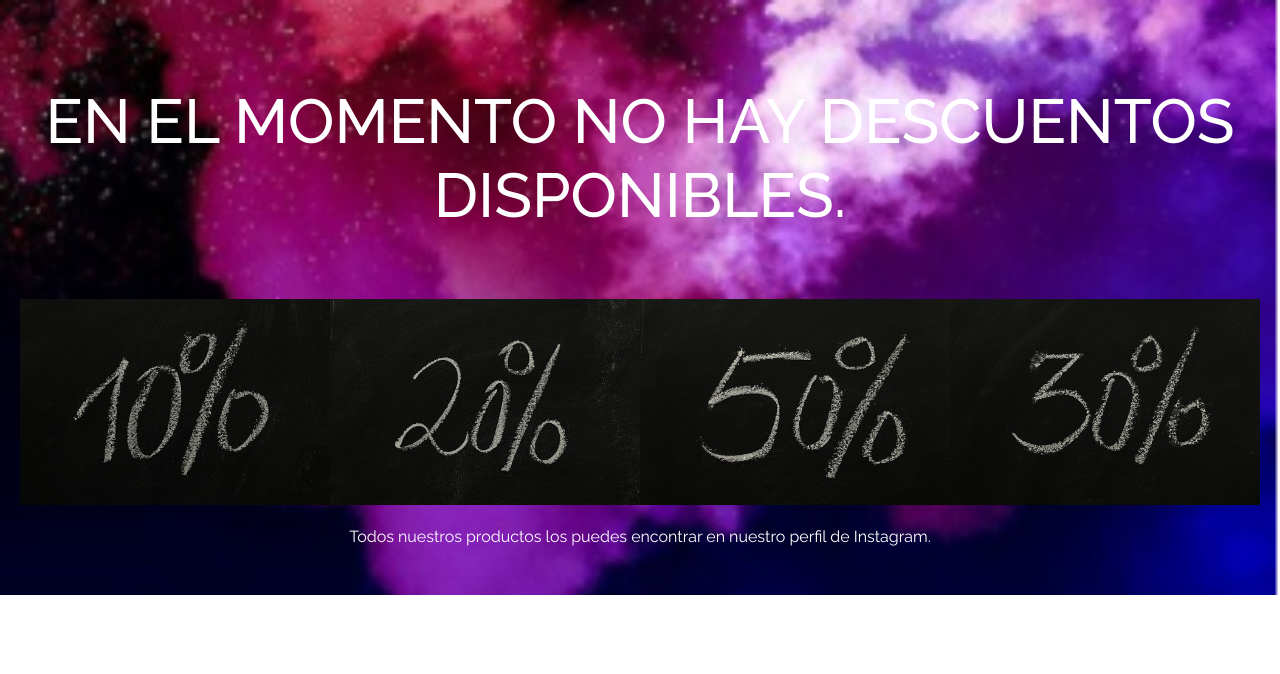
Repository: MrOverfl0w/CreacionesYura
Page: public/html/promos.html
The author's editor kept a record of every edit. The page is drawn from the files as they stood at one moment, then again after the next edit.
The browser window is 1280 px wide. The pictures show the whole page.

Above is the page before.
Console error: TypeError: $(...).superfish is not a function

### public/html/promos.html
<!DOCTYPE html>
<html lang="en">

<head>
  <meta charset="utf-8">
  <title>Productos - Creaciones Yura</title>
  <meta content="width=device-width, initial-scale=1.0" name="viewport">
  <meta content="" name="keywords">
  <meta content="" name="description">

  <!-- Favicon -->
  <link href="img/favicon.ico" rel="icon">

  <!-- Google Fonts -->
  <link href="https://fonts.googleapis.com/css?family=Raleway:400,500,700|Roboto:400,900" rel="stylesheet">

  <!-- Bootstrap CSS File -->
  <link href="lib/bootstrap/css/bootstrap.min.css" rel="stylesheet">

  <!-- Libraries CSS Files -->
  <link href="lib/font-awesome/css/font-awesome.min.css" rel="stylesheet">

  <!-- Main Stylesheet File -->
  <link href="css/style.css" rel="stylesheet">

  <!-- Main Stylesheet File -->
  <link href="css/portfolio.css" rel="stylesheet">

  <!-- =======================================================
    Theme Name: Bell
    Theme URL: https://bootstrapmade.com/bell-free-bootstrap-4-template/
    Author: BootstrapMade.com
    Author URL: https://bootstrapmade.com
  ======================================================= -->
</head>

<body>
  <!-- Page Content
    ================================================== -->

   <!-- Parallax -->

  <div class="block bg-primary block-pd-lg block-bg-overlay text-center">
    <h1>
       En el momento no hay descuentos disponibles.
      </h1>

    <p>

    </p>

    <div class="portfolio-grid">
      <div class="row">
        <div class="col-lg-3 col-sm-6 col-xs-12">
          <div class="card card-block">
            <a href="contact.php"><img alt="" src="img/d/d1.jpg" border ="10">
              </a>
          </div>
        </div>

        <div class="col-lg-3 col-sm-6 col-xs-12">
          <div class="card card-block">
            <a href="#"><img alt="" src="img/d/d2.jpg">
              </a>
          </div>
        </div>

        <div class="col-lg-3 col-sm-6 col-xs-12">
          <div class="card card-block">
            <a href="#"><img alt="" src="img/d/d3.jpg">
              </a>
          </div>
        </div>

        <div class="col-lg-3 col-sm-6 col-xs-12">
          <div class="card card-block">
            <a href="#"><img alt="" src="img/d/d4.jpg">
              </a>
          </div>
        </div>
      </div>

    <div class="container text-center">
      <p>
       Todos nuestros productos los puedes encontrar en nuestro perfil de Instagram.
      </p>
    </div>
  </div>


  <!-- /Parallax -->

  <!-- Required JavaScript Libraries -->
  <script src="lib/jquery/jquery.min.js"></script>
  <script src="lib/jquery/jquery-migrate.min.js"></script>
  <script src="lib/bootstrap/js/bootstrap.bundle.min.js"></script>

  <!-- Template Specisifc Custom Javascript File -->
  <script src="js/custom.js"></script>

</body>
</html>

### public/css/style.css
/*
    Theme Name: Bell
    Theme URL: https://bootstrapmade.com/bell-free-bootstrap-4-template/
    Author: BootstrapMade.com
    Author URL: https://bootstrapmade.com
*/

h1,
h2,
h3,
h4,
h5,
h6 {
  font-family: "Raleway", Helvetica, Arial, sans-serif;
}

p {
  line-height: 1.55;
  color: #333;
  font-size: 400;
  font-family: "Raleway", Helvetica, Arial, sans-serif;
}

h1 {
  font-size: 62px;
}

h2 {
  font-size: 30px;
  margin-bottom: 65px;
}

h3 {
  font-size: 24px;
}

h4 {
  font-size: 18px;
}

/* ==================================================
  General
  ================================================== */

a {
  transition: 0.5s;
}

/* ==================================================
  Elements
  ================================================== */

.btn {
  background-color: #199EB8;
  font-family: "Roboto", Helvetica, Arial, sans-serif;
  font-weight: 800;
  color: #fff;
  padding: 15px 45px;
  border-radius: 50px;
}

.btn:hover {
  background-color: #E04F00;
  color: #fff;
}

.btn:focus {
  color: #fff;
}

.btn-ghost {
  border: 3px solid #fff;
  background-color: transparent;
}

.btn-ghost:hover {
  background-color: #fff;
  color: #199EB8;
}

section {
  padding: 85px 0;
}

.card {
  position: relative;
  padding: 0;
  border: 0;
  border-radius: 0;
  margin: 0;
  overflow: hidden;
}

a:hover {
  text-decoration: none !important;
}

.scrolltop {
  display: none;
  position: fixed;
  bottom: 15px;
  right: 15px;
  width: 42px;
  height: 42px;
  border-radius: 50%;
  background: #199EB8;
  color: #fff;
  text-align: center;
  font-size: 24px;
}

.scrolltop:hover,
.scrolltop:active,
.scrolltop:focus {
  color: #fff !important;
  opacity: .75;
}


/* ==================================================
  Header Styling
================================================== */

#header {
  z-index: 100;
  background: #0d4d68;
  height: 10vh;
  width: 100%;
  position: fixed;
  bottom: 0px;
}

#header #logoYura {
  margin: 14px 25px 0 0;
}

#header #logoYura h1 {
  font-size: 36px;
  margin: 0;
  padding: 2px 0;
  line-height: 1;
  font-family: "Raleway", Helvetica, Arial, sans-serif;
  font-weight: 700;
  letter-spacing: 3px;
  text-transform: uppercase;
}

#header #logoYura h1 a,
#header #logoYura h1 a:hover {
  color: #fff;
}

#header #logoYura img {
  padding: 0;
  margin: 0;
  max-height: 40px;
}

#header .social-nav {
  margin-top: 15px;
}

#header .social-nav a {
  font-size: 24px;
  margin-left: 15px;
  color: #fff;
}

#header .social-nav a:hover {
  color: rgba(255, 255, 255, 0.75);
}

/*--------------------------------------------------------------
# Navigation Menu
--------------------------------------------------------------*/

/* Nav Menu Essentials */

.nav-menu,
.nav-menu * {
  margin: 0;
  padding: 0;
  list-style: none;
}

.nav-menu ul {
  position: absolute;
  display: none;
  top: 100%;
  left: 0;
  z-index: 99;
}

.nav-menu li {
  position: relative;
  white-space: nowrap;
}

.nav-menu > li {
  float: left;
}

.nav-menu li:hover > ul,
.nav-menu li.sfHover > ul {
  display: block;
}

.nav-menu ul ul {
  top: 0;
  left: 100%;
}

.nav-menu ul li {
  min-width: 180px;
}

/* Nav Menu Arrows */

.sf-arrows .sf-with-ul {
  padding-right: 30px;
}

.sf-arrows .sf-with-ul:after {
  content: "\f107";
  position: absolute;
  right: 15px;
  font-family: FontAwesome;
  font-style: normal;
  font-weight: normal;
}

.sf-arrows ul .sf-with-ul:after {
  content: "\f105";
}

/* Nav Meu Container */

#nav-menu-container {
  margin: 0;
}

/* Nav Meu Styling */

.nav-menu a {
  padding: 22px 15px 18px 15px;
  text-decoration: none;
  display: inline-block;
  color: #fff;
  font-family: "Roboto", Helvetica, Arial, sans-serif;
  font-weight: 300;
  font-size: 15px;
  outline: none;
}

.nav-menu a:hover,
.nav-menu li:hover > a,
.nav-menu .menu-active > a {
  color: rgba(255, 255, 255, 0.75);
}

.nav-menu ul {
  margin: 4px 0 0 15px;
  box-shadow: 0px 0px 1px 1px rgba(0, 0, 0, 0.08);
}

.nav-menu ul li {
  background: #fff;
  border-top: 1px solid #f4f4f4;
}

.nav-menu ul li:first-child {
  border-top: 0;
}

.nav-menu ul li:hover {
  background: #199EB8;
  transition: 0.3s;
}

.nav-menu ul li a {
  color: #333;
  transition: none;
  padding: 10px 15px;
}

.nav-menu ul li a:hover {
  color: #fff;
}

.nav-menu ul ul {
  margin: 0;
}

/* Mobile Nav Toggle */

#mobile-nav-toggle {
  position: fixed;
  right: 0;
  top: 0;
  z-index: 999;
  margin: 8px 10px 0 0;
  border: 0;
  background: none;
  font-size: 24px;
  display: none;
  transition: all 0.4s;
  outline: none;
  cursor: pointer;
}

#mobile-nav-toggle i {
  color: #fff;
}

/* Mobile Nav Styling */

#mobile-nav {
  position: fixed;
  top: 0;
  padding-top: 18px;
  bottom: 0;
  z-index: 998;
  background: rgba(0, 0, 0, 0.9);
  left: -260px;
  width: 260px;
  overflow-y: auto;
  transition: 0.4s;
}

#mobile-nav ul {
  padding: 0;
  margin: 0;
  list-style: none;
}

#mobile-nav ul li {
  position: relative;
}

#mobile-nav ul li a {
  color: #fff;
  font-size: 16px;
  overflow: hidden;
  padding: 10px 22px 10px 15px;
  position: relative;
  text-decoration: none;
  width: 100%;
  display: block;
  outline: none;
}

#mobile-nav ul li a:hover {
  color: #fff;
}

#mobile-nav ul li li {
  padding-left: 30px;
}

#mobile-nav ul .menu-has-children i {
  position: absolute;
  right: 0;
  z-index: 99;
  padding: 15px;
  cursor: pointer;
  color: #fff;
}

#mobile-nav ul .menu-has-children i.fa-chevron-up {
  color: #199EB8;
}

#mobile-nav ul .menu-item-active {
  color: #199EB8;
}

#mobile-body-overly {
  width: 100%;
  height: 100%;
  z-index: 997;
  top: 0;
  left: 0;
  position: fixed;
  background: rgba(0, 0, 0, 0.6);
  display: none;
}

/* Mobile Nav body classes */

body.mobile-nav-active {
  overflow: hidden;
}

body.mobile-nav-active #mobile-nav {
  left: 0;
}

body.mobile-nav-active #mobile-nav-toggle {
  color: #fff;
}

/* ==================================================
  Stats Styling
================================================== */

.stats-row {
  margin-top: 65px;
}

.stats-col .circle {
  display: inline-block;
  width: 160px;
  height: 160px;
  font-family: "Raleway", Helvetica, Arial, sans-serif;
  font-weight: 500;
  color: #666;
  border: 6px solid #199EB8;
  border-radius: 50%;
  padding: 55px 25px 0 25px;
  position: relative;
}

.stats-col .circle .stats-no {
  color: #fff;
  width: 70px;
  height: 70px;
  line-height: 70px;
  top: -25px;
  right: -15px;
  font-family: "Raleway", Helvetica, Arial, sans-serif;
  font-size: 18px;
  background-color: #E04F00;
  position: absolute;
  border-radius: 50%;
  font-weight: 700;
}

/* ==================================================
  Parallax Styling
  ================================================== */

.block {
  background-image: url(../img/Capture.PNG);
  background-size: 100%;
  height: 100%;
  overflow: hidden;
  padding-top: 85px;
}

.block h1 {
  text-transform: uppercase;
  margin-bottom: 15px;
  color: #fff;
}

.block h2 {
  text-transform: uppercase;
  margin-bottom: 15px;
  color: #fff;
}

.block p {
  color: #fff;
  margin-bottom: 45px;
}

/* ==================================================
  Features Styling
  ================================================== */

.features {
  padding-bottom: 45px;
}

.features h2 {
  color: #199EB8;
}

.feature-col {
  display: table;
  padding-bottom: 45px;
}

.feature-col > div > div {
  display: table-cell;
  vertical-align: middle;
}

.feature-col > div > div:last-child {
  padding-left: 20px;
}

.feature-col .feature-icon {
  width: 70px;
  height: 70px;
  margin-bottom: 15px;
  background: #199EB8;
  color: #fff;
  font-size: 24px;
  text-align: center;
  line-height: 70px;
  border-radius: 50%;
  display: inline-block;
}

.feature-col h3 {
  color: #199EB8;
}

.feature-col p {
  font-family: "Roboto", Helvetica, Arial, sans-serif;
  font-size: 14px;
  color: #999;
}

/* ==================================================
  Call-to-action Styling
  ================================================== */

.cta {
  background-color: #199EB8;
  padding: 25px 0;
}

.cta h2 {
  margin-bottom: 5px;
}

.cta h2,
.cta p {
  color: #fff;
}

.cta p {
  margin-bottom: 0;
  opacity: .75;
}

.cta .btn-ghost {
  position: relative;
  top: 13px;
}



/* ==================================================
  Team Styling
  ================================================== */

.team h2 {
  color: #199EB8;
}

.team .col-sm-3 {
  padding: 0;
}

.team .card > a {
  display: block;
}

.team .card img {
  width: 100%;
}

.team .card h4 {
  color: #fff;
  text-transform: uppercase;
}

.team .card p {
  font-size: 11px;
  color: #fff;
  opacity: .75;
  margin: 0;
  padding: 0 35px;
}

.team .card .social-nav {
  margin-bottom: 45px;
}

.team .card .social-nav a {
  color: #fff;
  font-size: 16px;
  margin: 0 4px;
}

.team .card .social-nav a:hover {
  opacity: .75;
}

.team .card:hover .team-over {
  opacity: 1;
  visibility: visible;
}

.team .card:hover .card-title-wrap {
  background-color: #199EB8;
}

.team .card:hover .card-title-wrap .card-title,
.team .card:hover .card-title-wrap .card-text {
  color: #fff;
}

.team .team-over {
  padding-top: 45px;
  position: absolute;
  width: 100%;
  height: 100%;
  background: rgba(0, 0, 0, 0.8);
  top: 0;
  left: 0;
  text-align: center;
  opacity: 0;
  visibility: hidden;
  transition: all 0.3s ease;
}

.team .card-title-wrap {
  padding: 15px 25px;
  position: relative;
  z-index: 9;
  background-color: #fff;
}

.team .card-title-wrap .card-title,
.team .card-title-wrap .card-text {
  font-family: "Raleway", Helvetica, Arial, sans-serif;
  display: block;
  margin: 0;
}

.team .card-title-wrap .card-title {
  font-size: 24px;
  color: #333;
}

.team .card-title-wrap .card-text {
  font-size: 18px;
  color: #999;
}

/* ==================================================
  Contact Section
  ================================================== */

#contact {
  background: #f7f7f7;
  padding: 80px 0;
}

#contact h2 {
  font-family: "Raleway", Helvetica, Arial, sans-serif;
  color: #199EB8;
}

#contact .info i {
  font-size: 32px;
  color: #199EB8;
  float: left;
}

#contact .info p {
  padding: 0 0 10px 50px;
  line-height: 24px;
}

#contact .form #sendmessage {
  color: #199EB8;
  border: 1px solid #199EB8;
  display: none;
  text-align: center;
  padding: 15px;
  font-weight: 600;
  margin-bottom: 15px;
}

#contact .form #errormessage {
  color: red;
  display: none;
  border: 1px solid red;
  text-align: center;
  padding: 15px;
  font-weight: 600;
  margin-bottom: 15px;
}

#contact .form #sendmessage.show,
#contact .form #errormessage.show,
#contact .form .show {
  display: block;
}

#contact .form .validation {
  color: red;
  display: none;
  margin: 0 0 20px;
  font-weight: 400;
  font-size: 13px;
}

#contact .form input,
#contact .form textarea {
  border-radius: 0;
  box-shadow: none;
}

#contact .form button[type="submit"] {
  background: #199EB8;
  border: 0;
  padding: 10px 24px;
  color: #fff;
  transition: 0.4s;
}

#contact .form button[type="submit"]:hover {
  background: #23c2e1;
}

/* ==================================================
  Footer Styling
  ================================================== */

.site-footer {
  background-color: #111;
  padding: 0;
}

.site-footer h2,
.site-footer p {
  color: #fff;
}

.site-footer p {
  opacity: .75;
  line-height: 2.0925;
}

.site-footer h2,
.site-footer .btn {
  margin-bottom: 25px;
}

.site-footer .social-nav a {
  color: #fff;
  opacity: .25;
}

.site-footer .social-nav a:hover {
  opacity: 1;
}

.site-footer .bottom {
  background-color: #000;
  padding: 20px 0;
}

.site-footer .bottom .list-inline,
.site-footer .bottom p {
  margin: 0;
}

.site-footer .bottom .list-inline {
  position: relative;
  top: 5px;
}

.site-footer .bottom .list-inline a {
  color: #fff;
  font-family: "Roboto", Helvetica, Arial, sans-serif;
  margin-right: 15px;
}

.site-footer .bottom .list-inline a:hover {
  color: #199EB8;
}

.site-footer .credits {
  color: #ddd;
}

.site-footer .credits a {
  color: #199EB8;
}

/* ==================================================
  Responsive Styling
  ================================================== */

@media (max-width: 768px) {
  #header {
    height: 50px;
  }

  #header #logoYura {
    margin: 10px 0 0 0;
  }

  #header #logoYura h1 {
    padding: 2px 0;
    font-size: 26px;
  }

  #header #logoYura img {
    max-height: 30px;
  }

  #nav-menu-container {
    display: none;
  }

  #mobile-nav-toggle {
    display: inline;
  }
}

@media (max-width: 767px) {
  .block {
    padding-left: 30px;
    padding-right: 30px;
  }
}

@media (max-width: 61.9em) {
  section,
  .block,
  .cta {
    padding: 35px 0;
  }

  .features {
    padding-bottom: 5px;
  }

  p,
  .block p {
    margin: 0;
  }

  .hero-brand {
    margin-bottom: 35px;
  }

  .tagline {
    margin: 35px 0;
  }

  h1 {
    font-size: 32px;
    margin: 0;
  }

  h2,
  .tagline {
    font-size: 24px;
  }

  h2 {
    margin-bottom: 25px;
  }

  h3 {
    font-size: 14px;
  }

  .hero {
    padding: 75px 0;
  }

  .stats-col {
    margin-bottom: 25px;
  }

  .block {
    height: auto;
  }

  .feature-col {
    padding-bottom: 30px;
  }

  .portfolio-grid .card h3.card-title {
    font-size: 18px !important;
  }

  .portfolio-grid .card .card-text {
    font-size: 13px;
  }

  .team .team-over {
    padding-top: 20px;
  }

  .team .card .social-nav {
    margin-bottom: 15px;
    padding: 0;
  }

  .site-footer .social-nav {
    margin-bottom: 35px;
  }

  .site-footer .list-inline {
    text-align: center;
    padding-bottom: 15px;
  }

  .site-footer .list-inline li {
    display: inline-block;
  }
}

.social-icon{
  height:50px;
  line-height: 1.55;
  color: #333;
  font-size: 400;
  font-family: "Raleway", Helvetica, Arial, sans-serif;
}

### public/css/portfolio.css
/* ==================================================
  Portfolio Styling
  ================================================== */

.portfolio {
  background-color: #edf6ff;
  padding-bottom: 0;
}

.portfolio h2 {
  color: #199EB8;
  margin-bottom: 25px;
}

.portfolio-grid {
  margin-top: 65px;
}

.portfolio-grid .row {
  margin: 20px;
}

.portfolio-grid .row .col-lg-3{
  margin: auto;
}

.portfolio-grid .row > div {
  padding: 0;
}

.portfolio-grid .row > div .card img {
  width: 100%;
}

.portfolio-grid .row > div .card .portfolio-over {
  position: absolute;
  display: table-cell;
  vertical-align: middle;
  width: 100%;
  height: 100%;
  background: rgba(0, 0, 0, 0.8);
  top: 0;
  left: 0;
  text-align: center;
  opacity: 0;
  visibility: hidden;
  transition: all 0.3s ease;
}

.portfolio-grid .row > div .card .portfolio-over > div {
  position: relative;
  top: 50%;
  -webkit-transform: translateY(-50%);
  transform: translateY(-50%);
}

.portfolio-grid .row > div .card .portfolio-over .card-title {
  color: #fff;
  font-size: 30px;
}

.portfolio-grid .row > div .card .portfolio-over .card-text {
  color: #fff;
  opacity: .75;
  padding: 0 45px;
}

.portfolio-grid .row > div .card:hover .portfolio-over {
  opacity: 1;
  visibility: visible;
}

### public/js/custom.js

$(document).ready(function() {

  // Smooth scrolling
  $(function() {
    $('a[href*="#"]:not([href="#"])').click(function() {
      if (location.pathname.replace(/^\//,'') == this.pathname.replace(/^\//,'') && location.hostname == this.hostname) {
        var target = $(this.hash);
        target = target.length ? target : $('[name=' + this.hash.slice(1) +']');

        if (target.length) {
          $('html, body').animate({
            scrollTop: target.offset().top
          }, 1000, 'easeInOutExpo');

          if ( $(this).parents('.nav-menu').length ) {
            $('.nav-menu .menu-active').removeClass('menu-active');
            $(this).closest('li').addClass('menu-active');
          }

          if ( $('body').hasClass('mobile-nav-active') ) {
              $('body').removeClass('mobile-nav-active');
              $('#mobile-nav-toggle i').toggleClass('fa-times fa-bars');
              $('#mobile-body-overly').fadeOut();
          }
          return false;
        }
      }
    });
  });

  // Initiate superfish on nav menu
  $('.nav-menu').superfish({
    animation: {opacity:'show'},
    speed: 400
  });

  // Mobile Navigation
  if( $('#nav-menu-container').length ) {
      var $mobile_nav = $('#nav-menu-container').clone().prop({ id: 'mobile-nav'});
      $mobile_nav.find('> ul').attr({ 'class' : '', 'id' : '' });
      $('body').append( $mobile_nav );
      $('body').prepend( '<button type="button" id="mobile-nav-toggle"><i class="fa fa-bars"></i></button>' );
      $('body').append( '<div id="mobile-body-overly"></div>' );
      $('#mobile-nav').find('.menu-has-children').prepend('<i class="fa fa-chevron-down"></i>');

      $(document).on('click', '.menu-has-children i', function(e){
          $(this).next().toggleClass('menu-item-active');
          $(this).nextAll('ul').eq(0).slideToggle();
          $(this).toggleClass("fa-chevron-up fa-chevron-down");
      });

      $(document).on('click', '#mobile-nav-toggle', function(e){
          $('body').toggleClass('mobile-nav-active');
          $('#mobile-nav-toggle i').toggleClass('fa-times fa-bars');
          $('#mobile-body-overly').toggle();
      });

      $(document).click(function (e) {
          var container = $("#mobile-nav, #mobile-nav-toggle");
          if (!container.is(e.target) && container.has(e.target).length === 0) {
             if ( $('body').hasClass('mobile-nav-active') ) {
                  $('body').removeClass('mobile-nav-active');
                  $('#mobile-nav-toggle i').toggleClass('fa-times fa-bars');
                  $('#mobile-body-overly').fadeOut();
              }
          }
      });
  } else if ( $("#mobile-nav, #mobile-nav-toggle").length ) {
      $("#mobile-nav, #mobile-nav-toggle").hide();
  }

  // Stick the header at top on scroll
  $("#header").sticky({topSpacing:0, zIndex: '50'});

  // Counting numbers

  $('[data-toggle="counter-up"]').counterUp({
    delay: 10,
    time: 1000
  });

  // Tooltip & popovers
  $('[data-toggle="tooltip"]').tooltip();
  $('[data-toggle="popover"]').popover();

  // Background image via data tag
  $('[data-block-bg-img]').each(function() {
    // @todo - invoke backstretch plugin if multiple images
    var $this = $(this),
      bgImg = $this.data('block-bg-img');

      $this.css('backgroundImage','url('+ bgImg + ')').addClass('block-bg-img');
  });

  // jQuery counterUp
  if(jQuery().counterUp) {
    $('[data-counter-up]').counterUp({
      delay: 20,
    });
  }

  //Scroll Top link
  $(window).scroll(function(){
    if ($(this).scrollTop() > 100) {
      $('.scrolltop').fadeIn();
    } else {
      $('.scrolltop').fadeOut();
    }
  });

  $('.scrolltop, #logo a').click(function(){
    $("html, body").animate({
      scrollTop: 0
    }, 1000, 'easeInOutExpo');
    return false;
  });

});

Loaded but not shown: public/lib/bootstrap/css/bootstrap.min.css (library); public/lib/font-awesome/css/font-awesome.min.css (library); public/lib/jquery/jquery.min.js (library); public/lib/jquery/jquery-migrate.min.js (library); public/lib/bootstrap/js/bootstrap.bundle.min.js (library)

After the next edit:
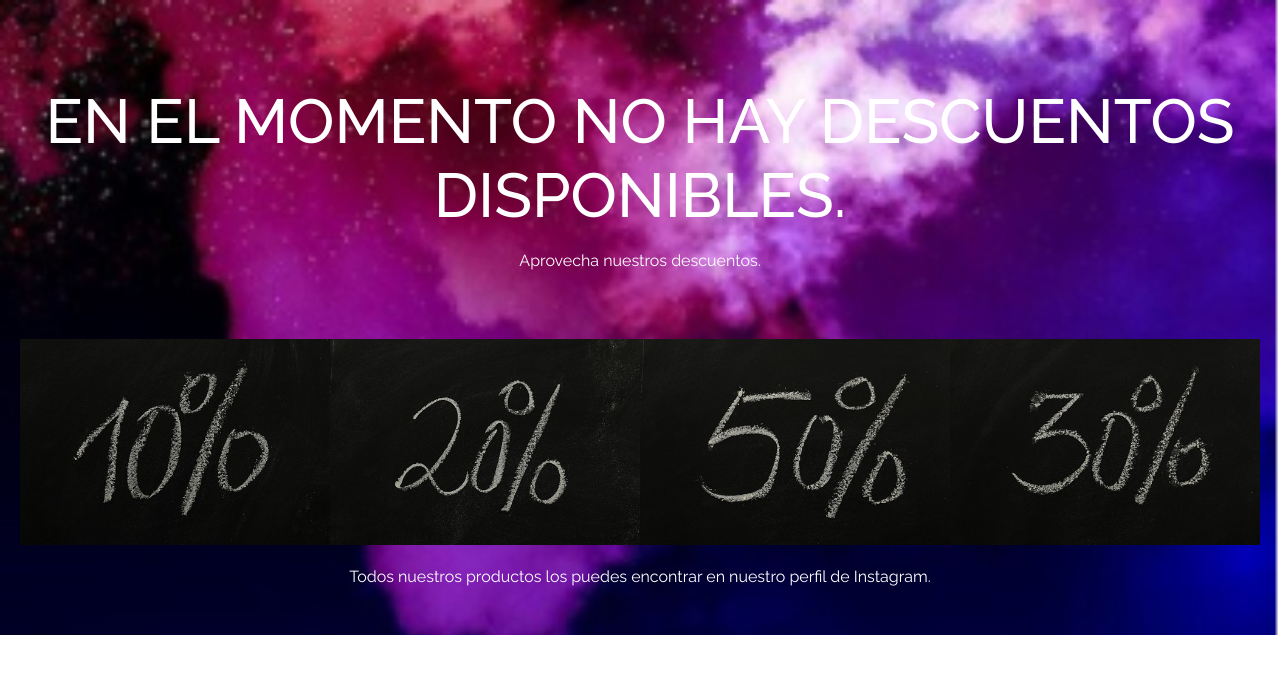
The edit:
--- a/public/html/promos.html
+++ b/public/html/promos.html
@@ -46,7 +46,7 @@
       </h1>
 
     <p>
-
+     Aprovecha nuestros descuentos.
     </p>
 
     <div class="portfolio-grid">
